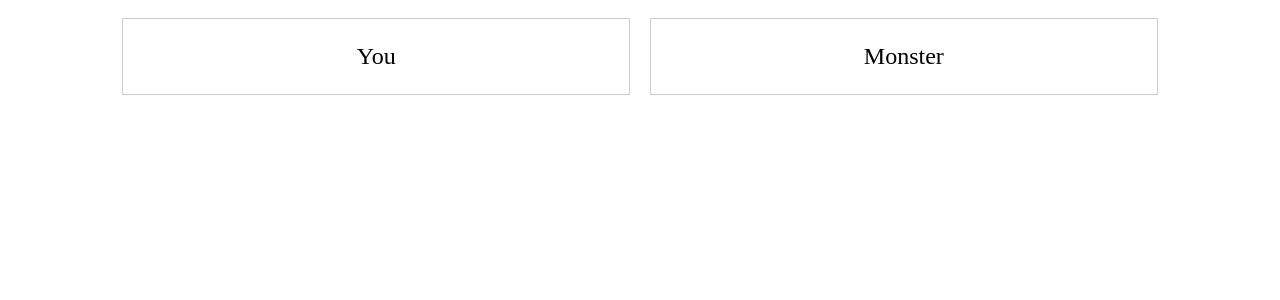
Repository: jakublack/game-fight-vue
Page: /
The author's editor kept a copy of each file at every save. The page is drawn from the files as they stood at one save, then again after the next save.
The browser window is 1280 px wide. The pictures show the whole page.
The project was rebuilt for these pictures with package versions that can differ from the ones it lists, and the page was loaded fresh each time.

Above is the page before, as saved 2018-08-08 20:45:24.

After the next save:
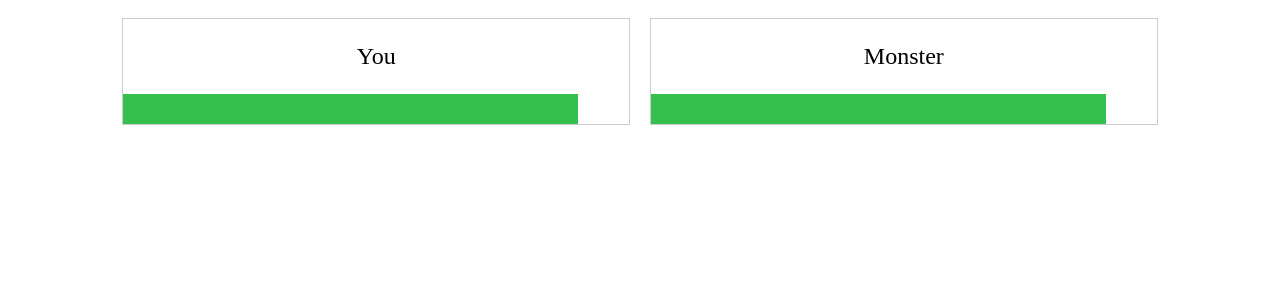
Saved 13 s later.
--- a/src/components/Game.vue
+++ b/src/components/Game.vue
@@ -44,8 +44,10 @@ export default {
 
 .person--health {
   width: 90%;
+  height: 30px;
   margin-block-end: 0 auto;
-  background-color: #35BF4D
+  background-color: #35BF4D;
+
 }
 
 
